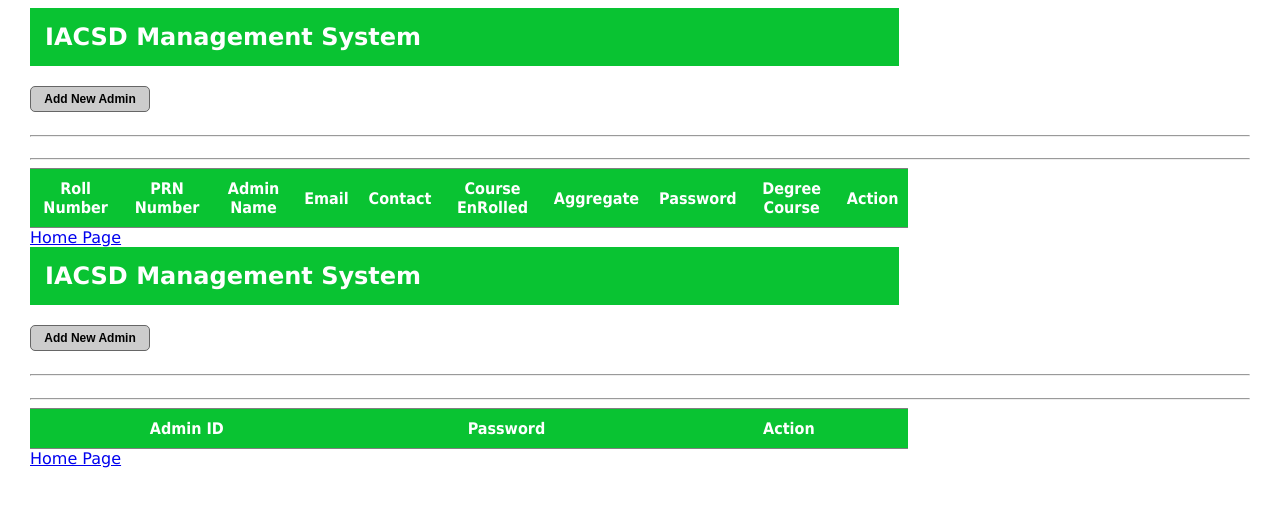
Repository: vsc8791/IMS
Page: http://localhost/epanchayat/WEB-INF/view/list-admins.jsp
These files come from the project's save history. The page is drawn as it stood at one moment and after the next save; the edit follows.
The browser window is 1280 px wide. The pictures show the whole page.
The page is served by Tomcat 9. Nobody is signed in. Other server files are loaded and not shown. The template is opened directly, without the code that normally fills it, so the values that code supplies are empty.

Above is the page before, as saved 2018-07-29 23:01:26.

### epanchayat/WebContent/WEB-INF/view/list-admins.jsp
 <%@ taglib uri="http://java.sun.com/jsp/jstl/core" prefix="c" %>

<!DOCTYPE html>

<html>

<head>
	<title>List Admins</title>

	<!-- reference our style sheet -->

	<link type="text/css"
		  rel="stylesheet"
		  href="${pageContext.request.contextPath}/resources/css/style.css" />

</head>

<body>


	<div id="wrapper">
		<div id="header">
			<h2>IACSD Management System</h2>
		</div>
	</div>



	<div id="container">

		<div id="content">

			<!-- put new button: Add Admin -->

			<input type="button" value="Add New Admin"
				   onclick="window.location.href='showFormForAdd'; return false;"
				   class="add-button"
			/>
		<hr>
<h1 align="center" style="color:red;"> ${message} </h1>
<hr>

			<!--  add our html table here -->

			<table>
				<tr>
					<th>Roll Number</th>
					<th>PRN Number</th>
					<th>Admin Name</th>
					<th>Email</th>
					<th>Contact</th>
					<th>Course EnRolled</th>
					<th>Aggregate</th>
					<th>Password</th>
					<th>Degree Course</th>
					<th>Action</th>
				</tr>

				<!-- loop over and print our admins -->
				<c:forEach var="tempAdmin" items="${admins}">

					<!-- construct an "update" link with admin id -->
					<c:url var="updateLink" value="/admin/showFormForUpdate">
						<c:param name="adminId" value="${tempAdmin.id}" />
					</c:url>

					<!-- construct an "delete" link with admin id -->
					<c:url var="deleteLink" value="/admin/delete">
						<c:param name="adminId" value="${tempAdmin.id}" />
					</c:url>

					<tr>
						<td> ${tempAdmin.rollNumber} </td>
						<td> ${tempAdmin.prnNumber} </td>
						<td> ${tempAdmin.adminName} </td>
						<td> ${tempAdmin.email} </td>
						<td> ${tempAdmin.contact} </td>
						<td> ${tempAdmin.course_enrolled} </td>
						<td> ${tempAdmin.aggregate} </td>
						<td> ${tempAdmin.password} </td>
						<td> ${tempAdmin.degree_course} </td>
						<td>
							<!-- display the update link -->
							<a href="${updateLink}">Update</a>|
							<a href="${deleteLink}"
							onclick="if (!(confirm('Are You Sure You Want To Delete this Admin Details?'))) return false">Delete</a>
						</td>


					</tr>

				</c:forEach>

			</table>

		</div>

	</div>

	<a href="http://localhost:8082/epanchayat/">Home Page</a>
</body>

</html> <%@ taglib uri="http://java.sun.com/jsp/jstl/core" prefix="c" %>

<!DOCTYPE html>

<html>

<head>
	<title>List Admins</title>

	<!-- reference our style sheet -->

	<link type="text/css"
		  rel="stylesheet"
		  href="${pageContext.request.contextPath}/resources/css/style.css" />

</head>

<body>


	<div id="wrapper">
		<div id="header">
			<h2>IACSD Management System</h2>
		</div>
	</div>



	<div id="container">

		<div id="content">

			<!-- put new button: Add Admin -->

			<input type="button" value="Add New Admin"
				   onclick="window.location.href='showFormForAdd'; return false;"
				   class="add-button"
			/>
		<hr>
<h1 align="center" style="color:red;"> ${message} </h1>
<hr>

			<!--  add our html table here -->

			<table>
				<tr>
					<th>Admin  ID</th>
					<th>Password</th>

					<th>Action</th>
				</tr>

				<!-- loop over and print our admins -->
				<c:forEach var="tempAdmin" items="${admins}">

					<!-- construct an "update" link with admin id -->
					<c:url var="updateLink" value="/admin/showFormForUpdate">
						<c:param name="adminId" value="${tempAdmin.id}" />
					</c:url>

					<!-- construct an "delete" link with admin id -->
					<c:url var="deleteLink" value="/admin/delete">
						<c:param name="adminId" value="${tempAdmin.id}" />
					</c:url>

					<tr>
						<td> ${tempAdmin.adminid} </td>
						<td> ${tempAdmin.password} </td>

						<td>
							<!-- display the update link -->
							<a href="${updateLink}">Update</a>|
							<a href="${deleteLink}"
							onclick="if (!(confirm('Are You Sure You Want To Delete this Admin Details?'))) return false">Delete</a>
						</td>


					</tr>

				</c:forEach>

			</table>

		</div>

	</div>

	<a href="http://localhost:8082/epanchayat/">Home Page</a>
</body>

</html>

### epanchayat/WebContent/resources/css/style.css
html, body{
	margin-left:15px; margin-right:15px;
	padding:0px;
	font-family:Verdana, Arial, Helvetica, sans-serif;
}

table {
	border-collapse:collapse;
	border-bottom:1px solid gray;
	font-family: Tahoma,Verdana,Segoe,sans-serif;
	width:72%;
}

th {
	border-bottom:1px solid gray;
	background:none repeat scroll 0 0 #09c332;
	padding:10px;
	color: #FFFFFF;
}

tr {
	border-top:1px solid gray;
	text-align:center;
}

tr:nth-child(even) {background: #FFFFFF}
tr:nth-child(odd) {background: #BBBBBB}

#wrapper {width: 100%; margin-top: 0px; }
#header {width: 70%; background:#09c332; margin-top: 0px; padding:15px 0px 15px 15px;}
#header h2 {width: 100%; margin:auto; color: #FFFFFF;}
#container {width: 100%; margin:auto}
#container h3 {color: #000;}
#container #content {margin-top: 20px;}

.add-button {
	border: 1px solid #666;
	border-radius: 5px;
	padding: 4px;
	font-size: 12px;
	font-weight: bold;
	width: 120px;
	padding: 5px 10px;

	margin-bottom: 15px;
	background: #cccccc;
}

After the next save:
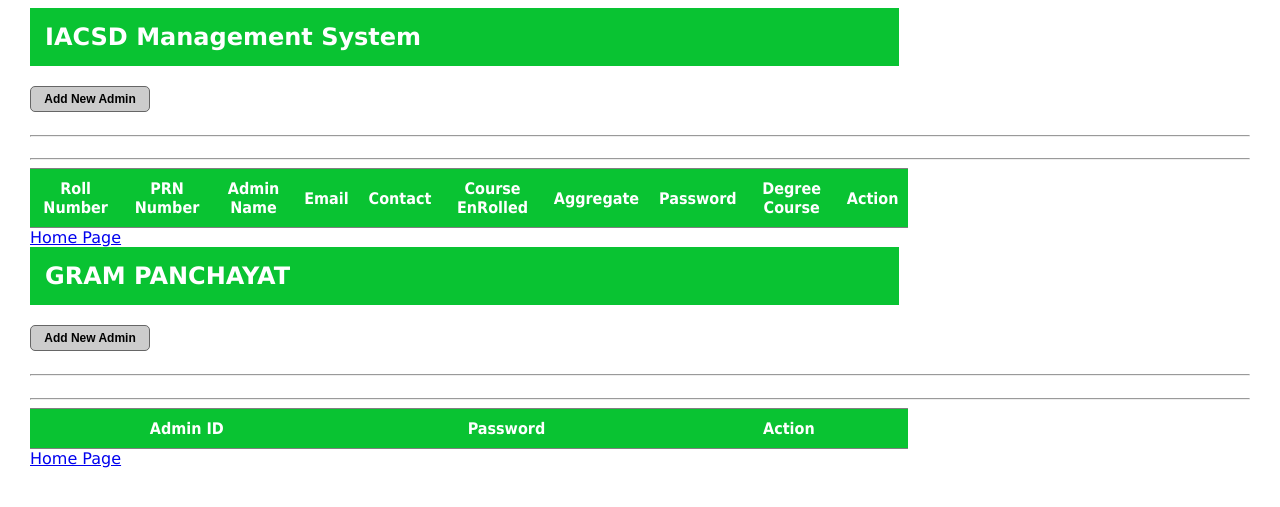
Saved 27 s later.
--- a/epanchayat/WebContent/WEB-INF/view/list-admins.jsp
+++ b/epanchayat/WebContent/WEB-INF/view/list-admins.jsp
@@ -122,7 +122,7 @@
 
 	<div id="wrapper">
 		<div id="header">
-			<h2>IACSD Management System</h2>
+			<h2>GRAM PANCHAYAT</h2>
 		</div>
 	</div>
 
